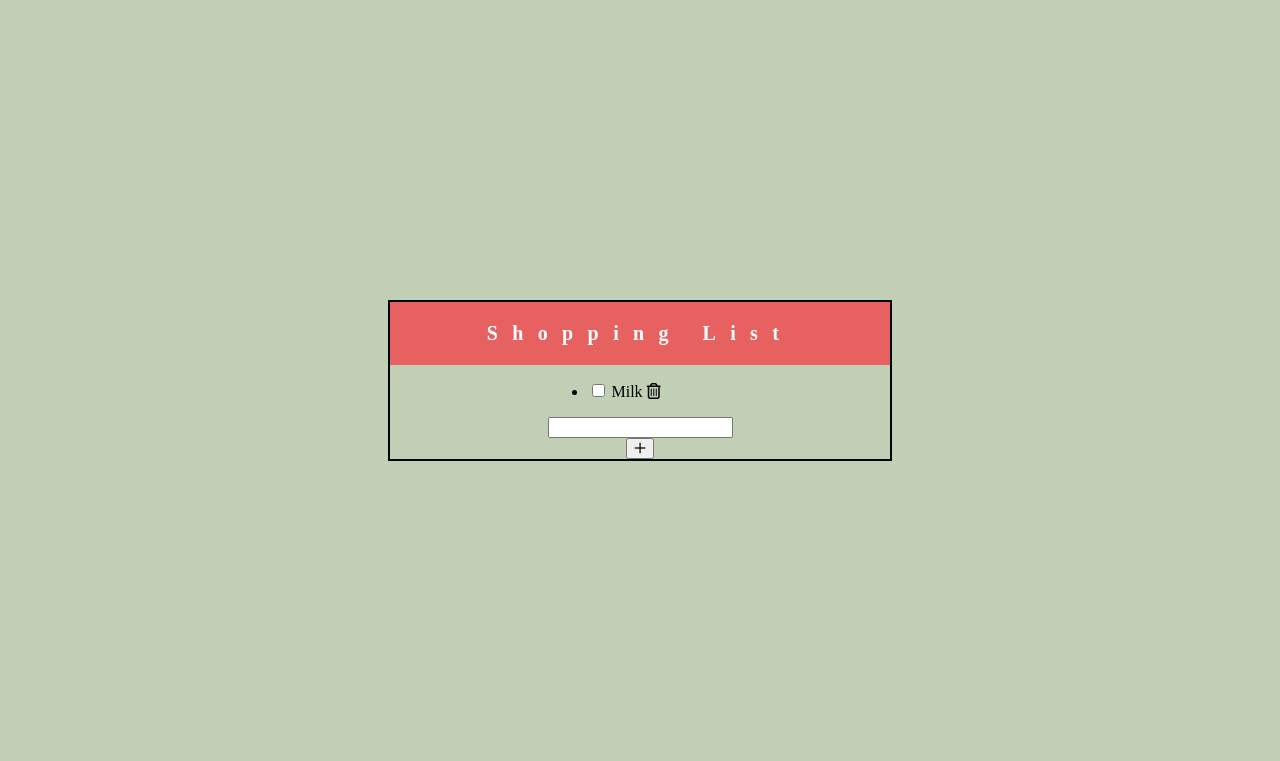
Repository: sephinejo/shopping-list-app
Page: index.html
The author's editor kept a copy of each file at every save. The page is drawn from the files as they stood at one save, then again after the next save.
The browser window is 1280 px wide. The pictures show the whole page.
Some web fonts or font styles are not loaded; a fallback is used. Some web libraries are served in a nearby version.

Above is the page before, as saved 2023-05-11 18:25:59.

After the next save:
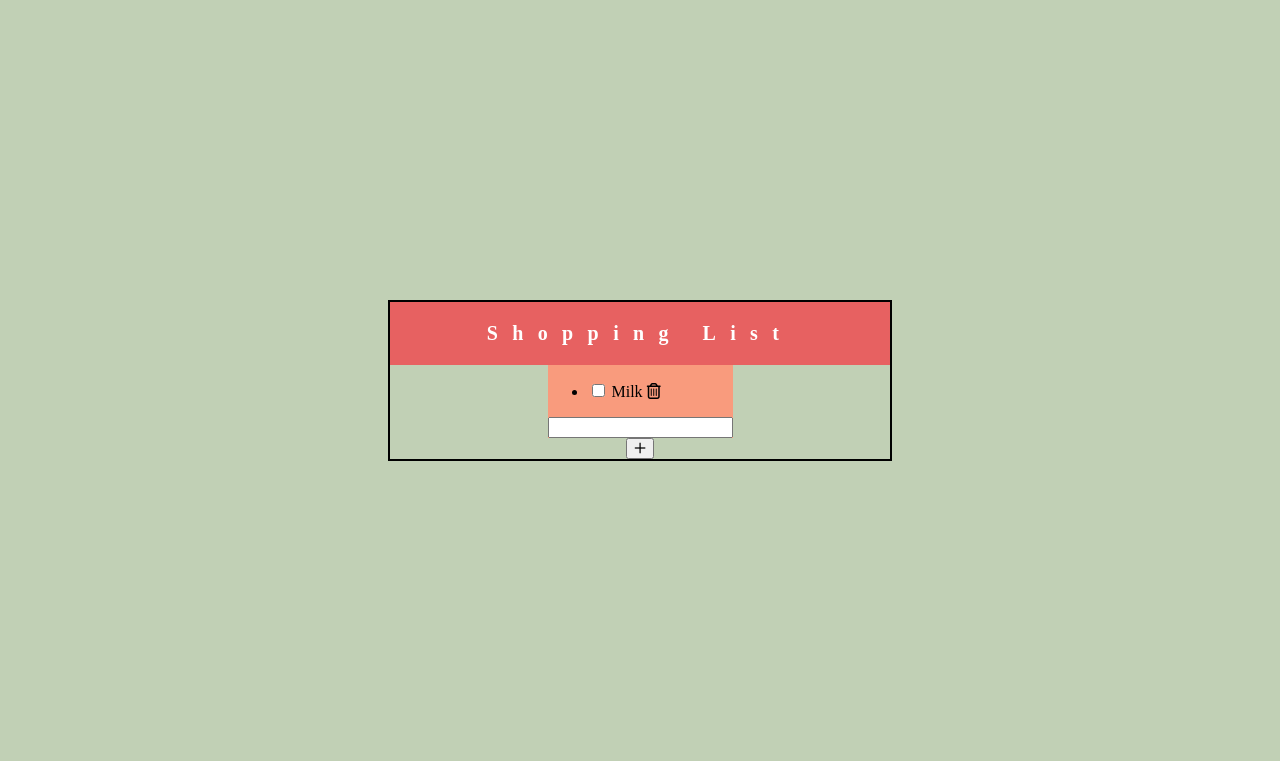
Saved 7 s later.
--- a/style.css
+++ b/style.css
@@ -24,5 +24,5 @@ header {
 }
 
 main {
-  background-color: ;
+  background-color: #f99b7d;
 }
